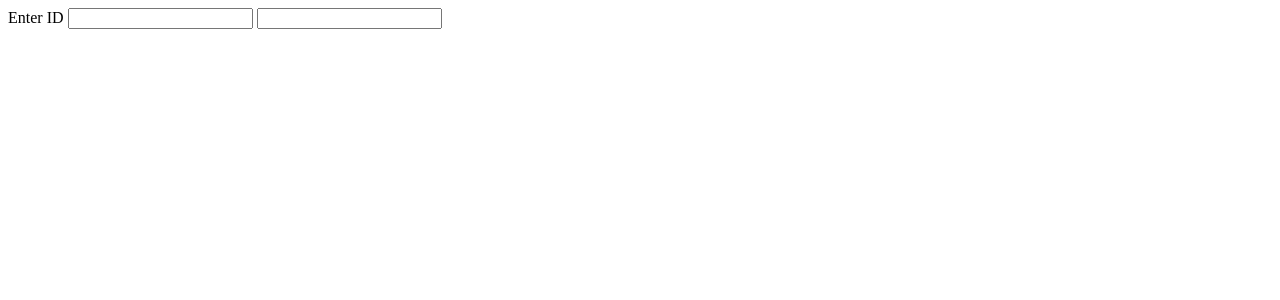
Repository: Aishwarya6362/J2EE
Page: get-result/src/main/webapp/index.html
The author's editor kept a copy of each file at every save. The page is drawn from the files as they stood at one save, then again after a run of saves.
The browser window is 1280 px wide. The pictures show the whole page.

Above is the page before, as saved 2024-10-09 11:20:28.

After the next 2 saves:
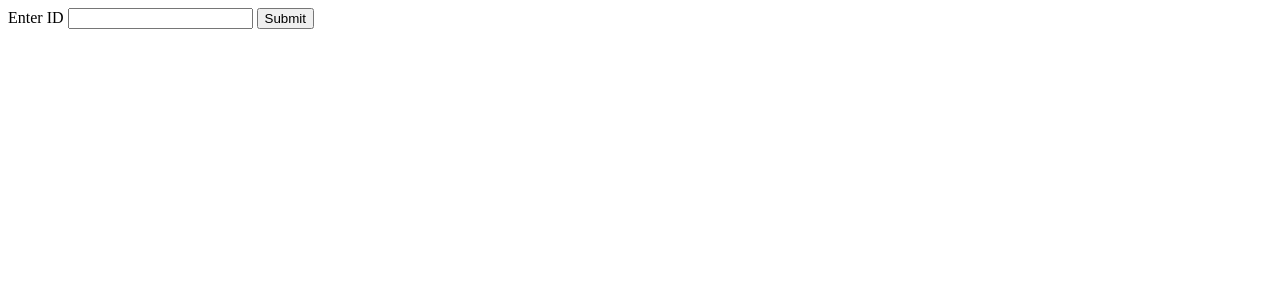
The 2 saves are shown as one change because they came seconds apart.
The last was saved 27 s later.
--- a/get-result/src/main/webapp/index.html
+++ b/get-result/src/main/webapp/index.html
@@ -8,7 +8,7 @@
 	<form action="/get-result/GetResult">
 		<label>Enter ID</label>
 		<input type="text" name="id"/>
-		<input type
+		<input type="submit"
 	</form>
 </body>
 </html>
